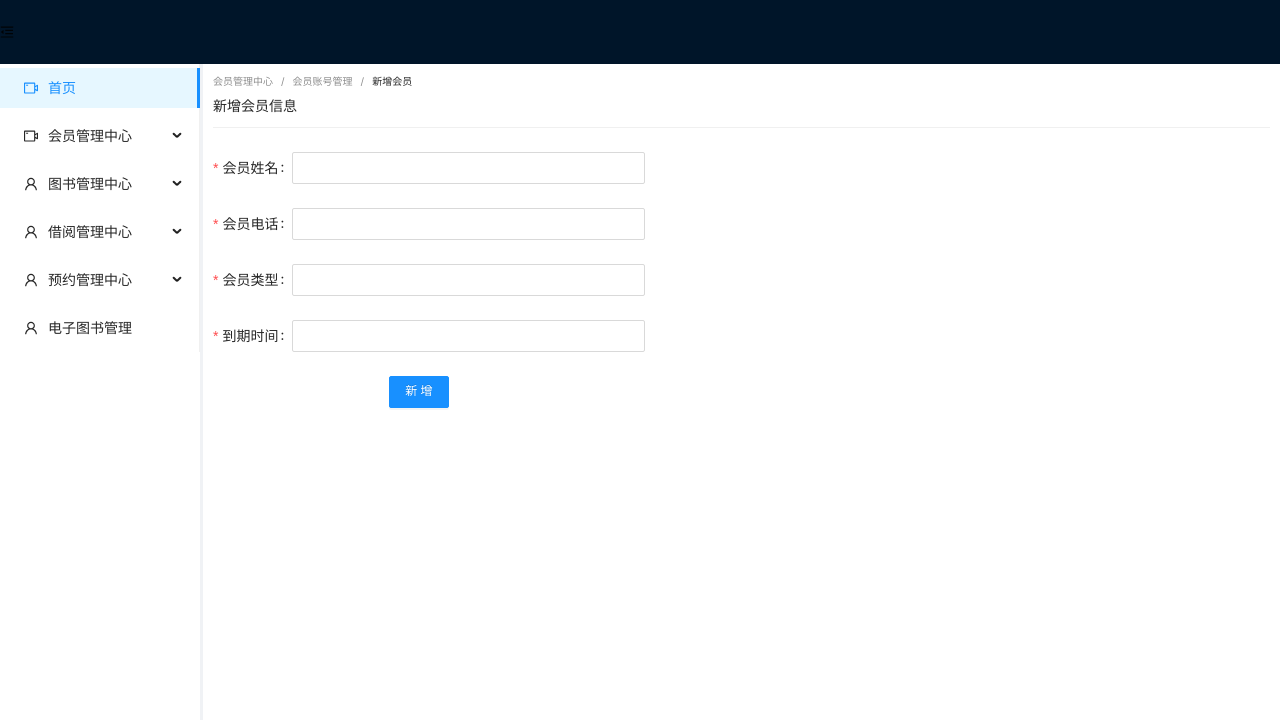
Repository: font-ds/cssy-manage
Page: /vipmanage/vipmanage1/add
These files come from the project's save history. The page is drawn as it stood at one moment and after the next save; the edit follows.
The browser window is 1280 px wide. The pictures show the whole page.
The project was rebuilt for these pictures with package versions that can differ from the ones it lists, and the page was loaded fresh each time. Some packages were replaced by stand-ins written for this rebuild. Also part of the build but not shown: src/pages/auth/vipManage/coupon/index.tsx, src/utils/use-optimistic-options.tsx, src/utils/util.tsx, src/utils/http.tsx, src/pages/auth/vipManage/manage/util.tsx, src/pages/auth/vipManage/manage/index.tsx, src/pages/auth/vipManage/manage/detail/components/util.tsx, src/pages/auth/vipManage/manage/detail/components/appointTable.tsx and 6 more. Imported but missing from the stored project, and not drawn on this page: src/pages/auth/index/index, src/reportWebVitals, src/store/test.

Above is the page before, as saved 2022-09-14 19:46:39.

### src/App.tsx
import React from 'react';
import {Provider} from 'react-redux'
import {store} from './store/store'
import {
  QueryClient,
  QueryClientProvider,
} from '@tanstack/react-query'
import {BrowserRouter} from 'react-router-dom';
import { ReactQueryDevtools } from '@tanstack/react-query-devtools'
import {FullPageLoading} from './components/fullpage/FullPageLoading';
import './App.scss'

// 代码分割
const AuthComponents=React.lazy(()=>import('./pages/auth'))
const NoAuthComponents=React.lazy(()=>import('./pages/index'))

function App() {
  const queryClient = new QueryClient()
  const user=true
  return (
    <QueryClientProvider client={queryClient}>
      <Provider store={store}>
        <React.Suspense fallback={<FullPageLoading />}>
          <BrowserRouter>
            {user?<AuthComponents />:<NoAuthComponents />}
          </BrowserRouter>
        </React.Suspense>
      </Provider>
      <ReactQueryDevtools initialIsOpen={false}  />
    </QueryClientProvider>
  );
}

export default App;

### src/store/store.tsx
import {configureStore} from '@reduxjs/toolkit';
import testReducer from './test'

export const store=configureStore({
    reducer:{
        test:testReducer
    },

})

export type RootState=ReturnType<typeof store.getState>
export type AppDispatch=typeof store.dispatch

### src/components/fullpage/FullPageLoading.tsx
import { Spin } from "antd";
export const FullPageStyle = {
  height: "100vh",
  display: "flex",
  justifyContent: "center",
  alignItems: "center",
};
export const FullPageLoading = () => {
  return (
    <div style={FullPageStyle}>
      <Spin size={"large"} />
    </div>
  );
};

### src/App.scss
/* 全局样式区域 */
@import '~antd/dist/antd.css';
* {
  margin: 0;
  padding: 0;
}
html{
  font-size: 62.5%;
  min-width: 1200px;
}

### src/pages/auth/index.tsx
import React,{useState} from 'react'
import { Layout, Menu } from 'antd';
import {
  MenuFoldOutlined,
  MenuUnfoldOutlined,
} from '@ant-design/icons';
import Bread from '../../components/bread/bread';
import './index.scss'
import {router} from './router';
import { Route, Routes, useNavigate } from "react-router";
import Inde from './index/index';



const { Header, Sider, Content } = Layout;

export default function Index() {
  const [collapsed, setCollapsed] = useState(false);
  return (
    <Layout style={{minHeight:'100vh'}}>
      <Header className="site-layout-background" style={{ padding: 0 }}>
        {React.createElement(collapsed ? MenuUnfoldOutlined : MenuFoldOutlined, {
          className: 'trigger',
          onClick: () => setCollapsed(!collapsed),
        })}
      </Header>
      <Layout>
        <Sider theme='light' trigger={null} collapsible collapsed={collapsed}>
          <LeftMenu></LeftMenu>
        </Sider>
        <Layout className="site-layout">

          <Content
            className="site-layout-background"
            style={{
              marginLeft:'0.3rem',
              padding: '1rem',
              minHeight: 280,
            }}
          >
            <Bread></Bread>
            <Routes>
              <Route index element={<Inde></Inde>}></Route>
              {router.map(item=>{
                if(item.key==='index') return null
                return <Route key={item.key} path={item.path} element={item.route}></Route>
              })}
            </Routes>
          </Content>
        </Layout>
      </Layout>
    </Layout>
  )
}

const LeftMenu=()=>{
  const navigate = useNavigate();

  return <Menu
    theme="light"
    mode="inline"
    defaultSelectedKeys={['']}
    items={router}
    onClick={e=>{
      const path=e.keyPath.reverse().join('/')
      console.log(path)
      navigate(path)
  }}
  />
}

### src/components/bread/bread.tsx
import { Breadcrumb, Col, Row } from "antd";
import { Link, useLocation } from "react-router-dom";
import { breadcrumbRouterNameMap } from "./router";
const Bread = () => {
  const location = useLocation();

  const pathSnippets = location.pathname.split("/").filter((i) => i);
  const extraBreadcrumbItems = pathSnippets.map((_, index) => {
    const url = `${pathSnippets.slice(0, index + 1).join("/")}`;
    return (
      <Breadcrumb.Item key={url}>
        {index > 0 ? (
          <Link style={{fontSize:'1rem'}} to={url}>{breadcrumbRouterNameMap[url]}</Link>
        ) : (
          <>{breadcrumbRouterNameMap[url]}</>
        )}
      </Breadcrumb.Item>
    );
  });
  let breadcrumbItems: any = [];
  //如果不存在一级路由的话
  if (
    !extraBreadcrumbItems.length ||
    extraBreadcrumbItems[0].key === "changePwd"
  ) {
    breadcrumbItems = [
      <Breadcrumb.Item key='home'>
        <Link style={{fontSize:'1rem'}} to='/'>首页</Link>
      </Breadcrumb.Item>,
      ...extraBreadcrumbItems,
    ];
  } else {
    breadcrumbItems = extraBreadcrumbItems;
  }

  //如果其父path为数组里元素，或者路由等级小于三级，则该页不显示回退按钮

  return (
    <Row align='middle' justify='space-between' style={{marginBottom:'0.5rem'}}>
      <Col>
        <Breadcrumb  style={{fontSize:'1rem'}} separator='/'>{breadcrumbItems}</Breadcrumb>
      </Col>
      {/* {showHistoryBack() && (
        <Col>
          <Button type='link' onClick={historyBack}>
            返回上一级
          </Button>
        </Col>
      )} */}
    </Row>
  );
};
export default Bread;

### src/pages/auth/index.scss
#components-layout-demo-custom-trigger .trigger {
    padding: 0 24px;
    font-size: 18px;
    line-height: 64px;
    cursor: pointer;
    transition: color 0.3s;
  }

  #components-layout-demo-custom-trigger .trigger:hover {
    color: #1890ff;
  }

  #components-layout-demo-custom-trigger .logo {
    height: 32px;
    margin: 16px;
    background: rgba(255, 255, 255, 0.3);
  }

  .site-layout .site-layout-background {
    background: #fff;
  }

### src/pages/auth/router.tsx
import React from 'react'
import VipManage from './vipManage/index';
import BookMange from './bookManage/index'
import AppointManage from './appointManege/index'
import LeadManage from './leadManage/index'
import OnlineManage from './onlineManage/index'
import Index from './index/index';
import {

    UserOutlined,
    VideoCameraOutlined,
  } from '@ant-design/icons';

export const router=[
    {
        key:"",
        icon:<VideoCameraOutlined/>,
        label:'首页',
        route:<Index />,
    },
    {
        key:'vipmanage',
        icon:<VideoCameraOutlined/>,
        label:'会员管理中心',
        path:'vipmanage/*',
        route:<VipManage />,
        children:[
            {label:'会员账号管理',key:'vipmanage1'},
            {label:'优惠券管理',key:'vipmanage2'},
        ]
    },
    {
        key:'bookmanage',
        icon:<UserOutlined/>,
        label:'图书管理中心',
        path:'bookmanage/*',
        route:<BookMange />,
        children:[
            {label:'图书管理列表',key:'bookmanage1'},
            {label:'图书添加操作',key:'bookmanage2'}
        ]
    },
    {
        key:'leadmanage',
        icon:<UserOutlined/>,
        label:'借阅管理中心',
        path:'leadmanage/*',
        route:<LeadManage />,
        children:[
            {label:'借阅管理列表',key:'leadmanage1'},
            {label:'快捷借阅操作',key:'leadmanage2'}
        ]
    },
    {
        key:'appointmanage',
        icon:<UserOutlined/>,
        label:'预约管理中心',
        path:'appointmanage/*',
        route:<AppointManage />,
        children:[
            {label:'预约管理列表',key:'appointmanage1'},
            {label:'预约内容设置',key:'appointmanage2'},
            {label:'金牌讲师设置',key:'appointmanage3'}
        ]
    },
    {
        key:'onlinemanage',
        icon:<UserOutlined/>,
        label:'电子图书管理',
        path:'onlinemanage/*',
        route:<OnlineManage />,

    },
]

### src/components/bread/router.tsx
export const breadcrumbRouterNameMap: any = {
    "": "首页",
    vipmanage: "会员管理中心",
    'vipmanage/vipmanage1': "会员账号管理",
    'vipmanage/vipmanage1/detail': "会员详情",
    'vipmanage/vipmanage1/add': "新增会员",
    "vipmanage/vipmanage2": "优惠券管理",
    bookmanage:'图书管理中心',
    'bookmanage/bookmanage1': "图书管理列表",
    "bookmanage/bookmanage2": "图书添加操作",
    leadmanage:'借阅管理中心',
    'leadmanage/leadmanage1': "借阅管理列表",
    "leadmanage/leadmanage2": "快捷借阅操作",
    appointmanage:'预约管理中心',
    'appointmanage/appointmanage1': "借阅管理列表",
    "appointmanage/appointmanage2": "快捷借阅操作",
    "appointmanage/appointmanage3": "快捷借阅操作",
    onlinemanage:'电子图书管理'
}

### src/pages/auth/vipManage/index.tsx
import React from 'react'
import { Route, Routes } from "react-router";
import Coupon from './coupon/index'
import Manage from './manage/index'
import Detail from './manage/detail/index';
import Add from './manage/add/index'


export default function Index() {
  return (
    <Routes>
      <Route
        path={"vipmanage1"}
        element={<Manage />}
      >
      </Route>
      <Route
        path={"vipmanage1/detail"}
        element={<Detail />}
      >
      </Route>
      <Route
        path={"vipmanage1/add"}
        element={<Add />}
      >
      </Route>
      <Route
        path={"vipmanage2"}
        element={<Coupon />}
      ></Route>

    </Routes>
  )
}

### src/pages/auth/vipManage/manage/add/index.tsx
import React,{useState} from 'react'
import {Button,Divider,Form,Input,FormInstance} from 'antd';
import {vipUser} from '../../../../../type/type'

import './index.scss';

export default function Index() {
    // 提交
    const handleSubmit= async (value:vipUser)=>{
        console.log(value)

    }

  return (
    <div className='vip-detail'>
        <span>新增会员信息</span>
        <Divider style={{marginTop:'1rem'}} />
        <Form
              className='form'
              name="basic"
              wrapperCol= {{ span: 8 }}
              autoComplete="off"
            >
                <Form.Item
                  label="会员姓名"
                  name="vip_name"
                  rules={[{ required: true, message: '此项不能为空！' }]}
                >
                  <Input />
                </Form.Item>
                <Form.Item
                  label="会员电话"
                  name="phone"
                  rules={[{ required: true, message: '此项不能为空！' }]}
                >
                  <Input />
                </Form.Item>
                <Form.Item
                  label="会员类型"
                  name="power"
                  rules={[{ required: true, message: '此项不能为空！' }]}
                >
                  <Input maxLength={11} />
                </Form.Item>
                <Form.Item
                  label="到期时间"
                  name="expired_date"
                  rules={[{ required: true, message: '此项不能为空！' }]}
                >
                  <Input />
                </Form.Item>

                <Form.Item wrapperCol={{offset:4}}>
                    <Button type="primary" htmlType="submit">
                      新增
                    </Button>
                </Form.Item>
            </Form>
    </div>
  )
}

### src/pages/auth/vipManage/manage/detail/index.scss
.vip-detail{
    div>span{
        font-size: 1.6rem;
    }
    Button{
        font-size: 1.2rem ;
    }
    .form{
        margin-bottom: 5rem;
    }

    .block-title{
        font-size: 1.6rem;
    }
}

### src/pages/auth/vipManage/manage/add/index.scss
.vip-detail{
    div>span{
        font-size: 1.6rem;
    }
    Button{
        font-size: 1.2rem ;
    }
    .form{
        margin-bottom: 5rem;
    }

    .block-title{
        font-size: 1.6rem;
    }
}

Loaded but not shown: public/index.html (common file); src/index.tsx (common file)

After the next save:
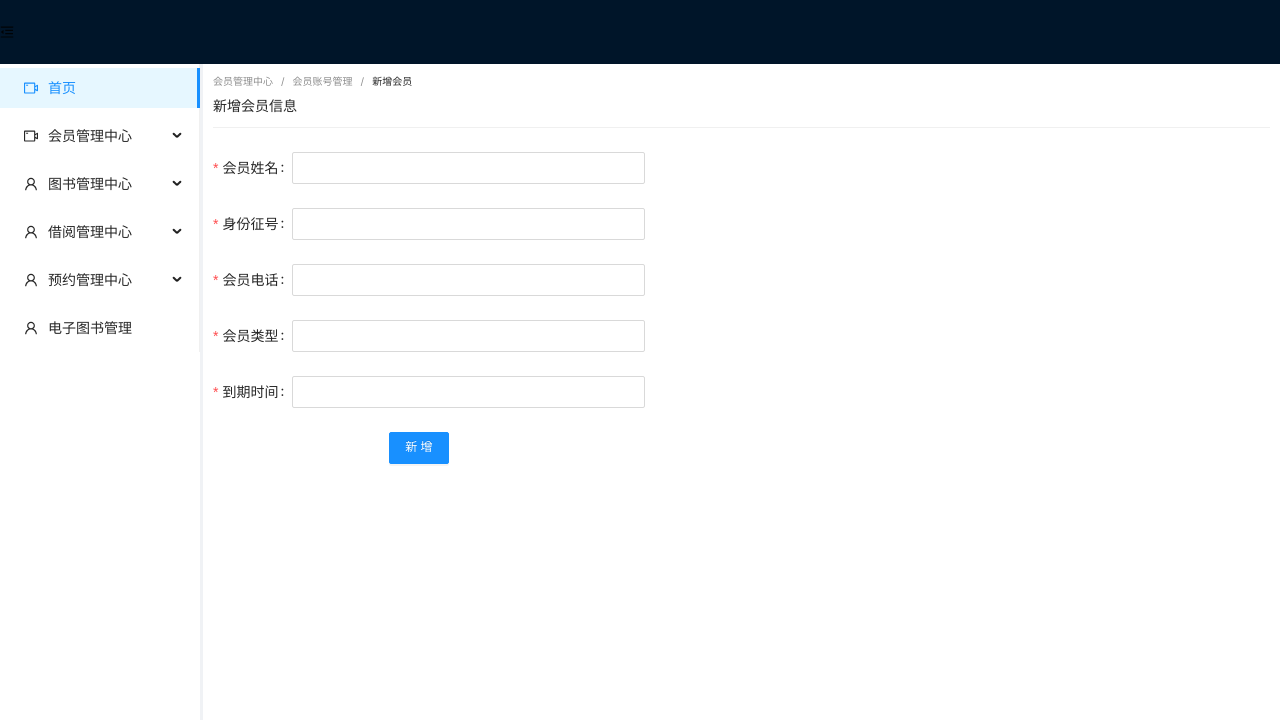
Saved 106 s later.
--- a/src/pages/auth/vipManage/manage/add/index.tsx
+++ b/src/pages/auth/vipManage/manage/add/index.tsx
@@ -27,6 +27,13 @@ export default function Index() {
                   rules={[{ required: true, message: '此项不能为空！' }]}
                 >
                   <Input />
+                </Form.Item>
+                <Form.Item
+                  label="身份征号"
+                  name="identity_number"
+                  rules={[{ required: true, message: '此项不能为空！' }]}
+                >
+                  <Input maxLength={11} />
                 </Form.Item>
                 <Form.Item
                   label="会员电话"
